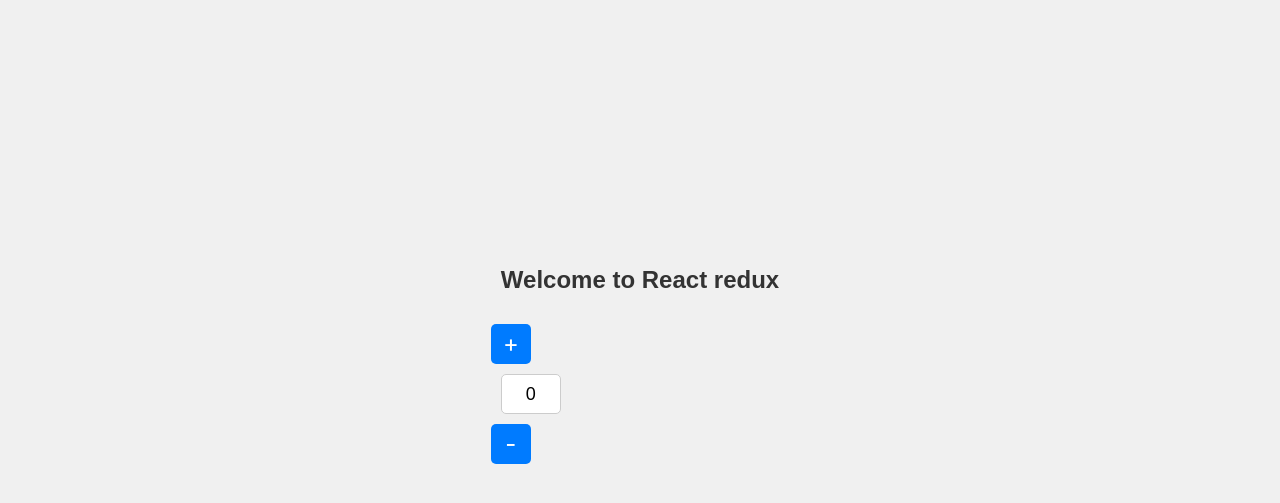
Repository: Gulzarokz/React_Course_Review
Page: / (app in reduxapp/)
The author's editor kept a copy of each file at every save. The page is drawn from the files as they stood at one save, then again after the next save.
The browser window is 1280 px wide. The pictures show the whole page.
The project was rebuilt for these pictures with package versions that can differ from the ones it lists, and the page was loaded fresh each time.

Above is the page before, as saved 2026-05-13 14:32:25.

After the next save:
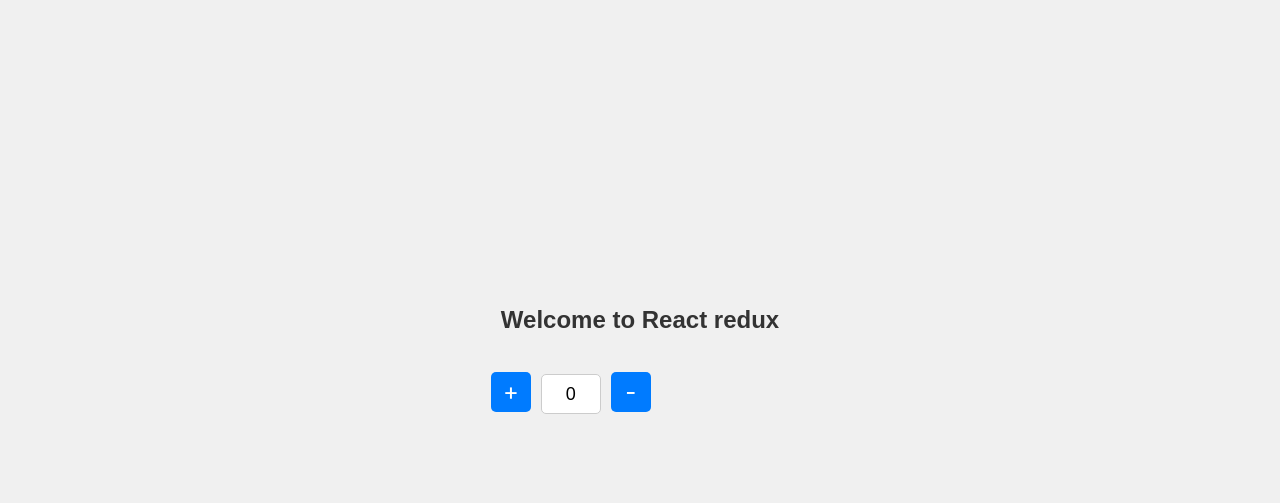
Saved 21 s later.
--- a/reduxapp/src/App.css
+++ b/reduxapp/src/App.css
@@ -24,10 +24,8 @@ h1 {
 
 .plus,
 .minus {
-  /* display: inline-block; */
-  display: flex;
-  justify-content: center;
-  align-items: center;
+  display: inline-block;
+
   width: 40px;
   height: 40px;
   line-height: 40px;
